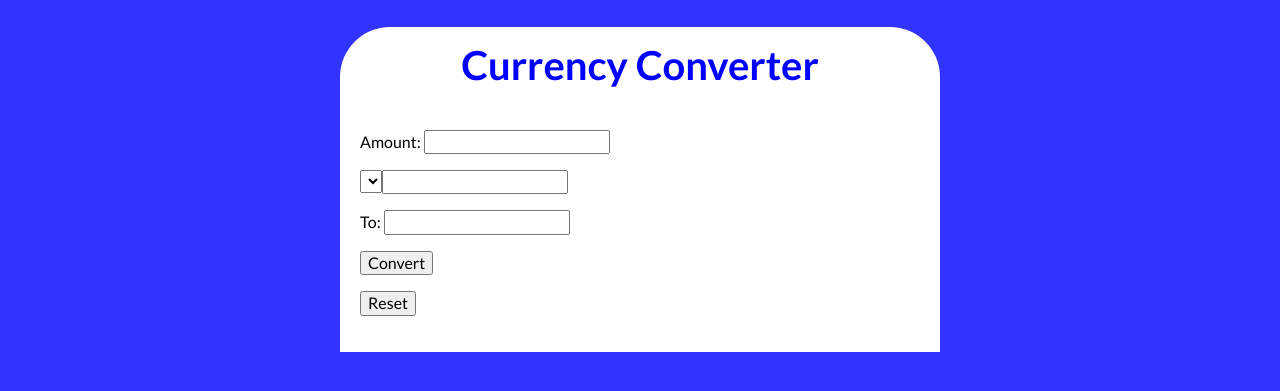
Repository: kkasperczyk/currency-converter
Page: index.html
These files come from the project's save history. The page is drawn as it stood at one moment and after a run of saves; the edit follows.
The browser window is 1280 px wide. The pictures show the whole page.

Above is the page before, as saved 2020-06-15 22:33:17.

After the next 2 saves:
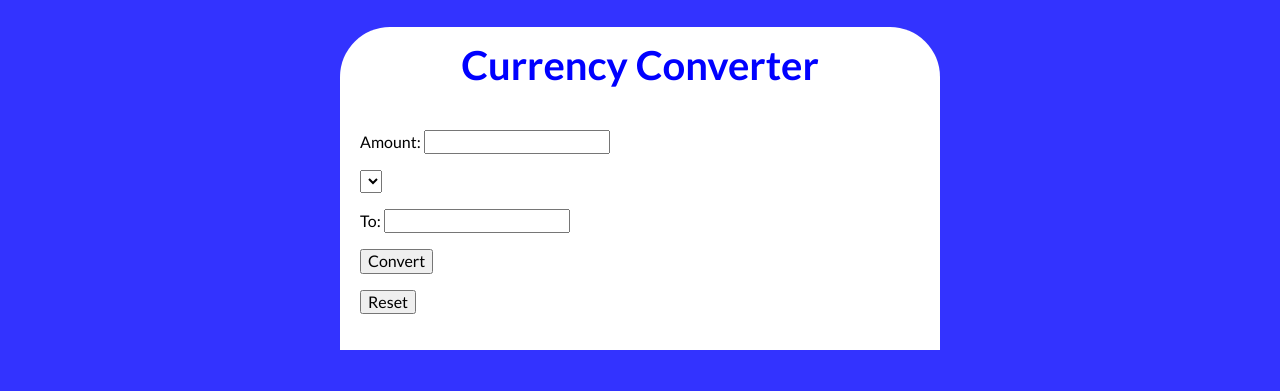
The 2 saves are shown as one change because they came seconds apart.
The last was saved 31 s later.
--- a/index.html
+++ b/index.html
@@ -32,7 +32,7 @@
                 <p>
                     <select>
                         From:
-                        <input type="number" name="from-currency" required>
+                        <option value=""></option>
                     </select>
                 </p>
                 <p>
